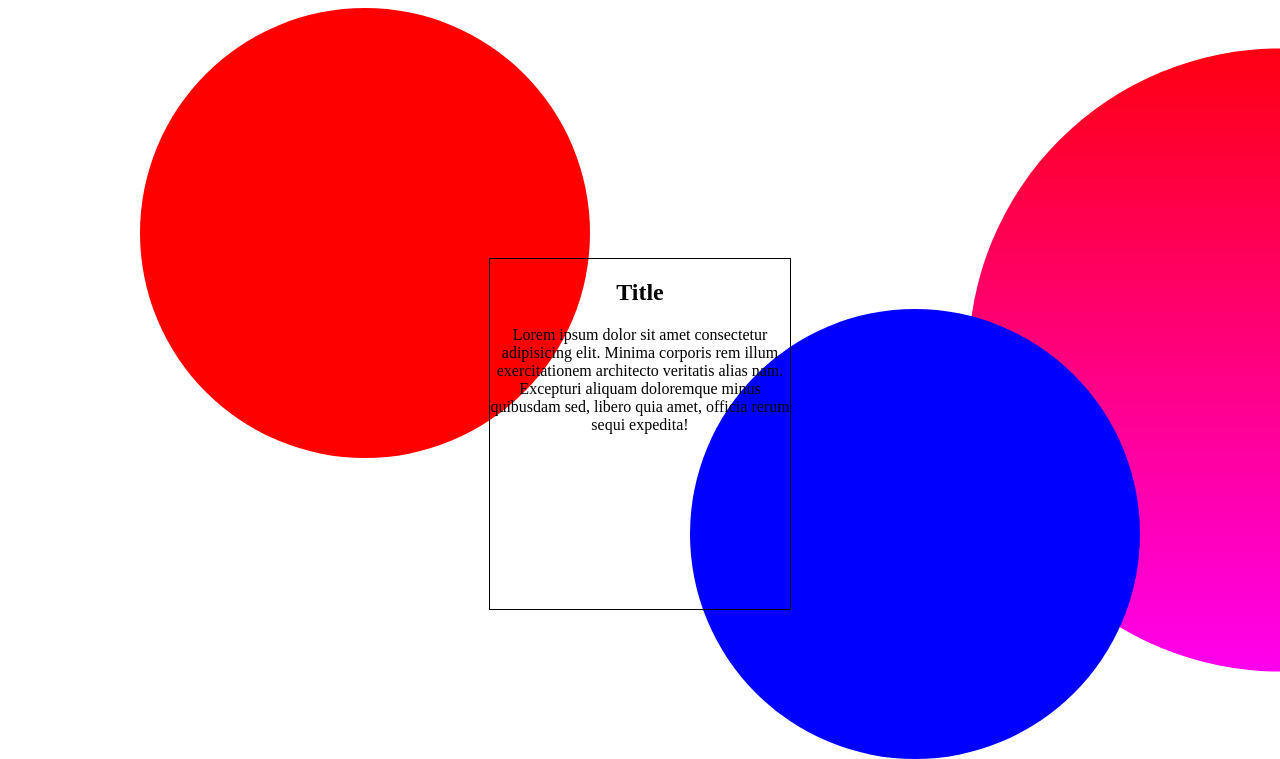
Repository: dovanluyen1996/Test-Git-PR
Page: index.html
An editor plug-in stored every save of this project. The page is shown before and after the next save, followed by the edit.
The browser window is 1280 px wide. The pictures show the whole page.

Above is the page before, as saved 2021-09-06 23:32:22.

### index.html
<!DOCTYPE html>
<html lang="en">
  <head>
    <meta charset="UTF-8" />
    <meta http-equiv="X-UA-Compatible" content="IE=edge" />
    <meta name="viewport" content="width=device-width, initial-scale=1.0" />
    <title>TestVsCode</title>
    <link rel="stylesheet" href="css/style.css" />
  </head>

  <body>
    <div class="container">
      <div class="test1"></div>
      <div class="test2"></div>

      <div class="center">
        <div class="item-center">
          <h2>Title</h2>
          <p class="text">
            Lorem ipsum dolor sit amet consectetur adipisicing elit. Minima
            corporis rem illum exercitationem architecto veritatis alias nam.
            Excepturi aliquam doloremque minus quibusdam sed, libero quia amet,
            officia rerum sequi expedita!
          </p>
        </div>
      </div>
    </div>
  </body>
</html>

### css/style.css
body {
}
body::before {
  content: "";
  position: absolute;
  top: 0;
  left: 0;
  width: 100%;
  height: 100%;
  background: linear-gradient(#f00, #f0f);
  clip-path: circle(30% at right);
}
.container {
  width: 1000px;
  margin: 0 auto;
  position: relative;
}
.test1 {
  width: 450px;
  height: 450px;
  background-color: red;
  border-radius: 50%;
}
.test2 {
  width: 450px;
  height: 450px;
  background-color: blue;
  border-radius: 50%;
  position: absolute;
  right: 0;
  top: 50%;
}
.item-center {
  width: 300px;
  height: 350px;
  border: 1px solid black;
  text-align: center;
  margin: 0 auto;
  position: relative;
  margin-top: -200px;
  box-shadow: ;
}

After the next save:
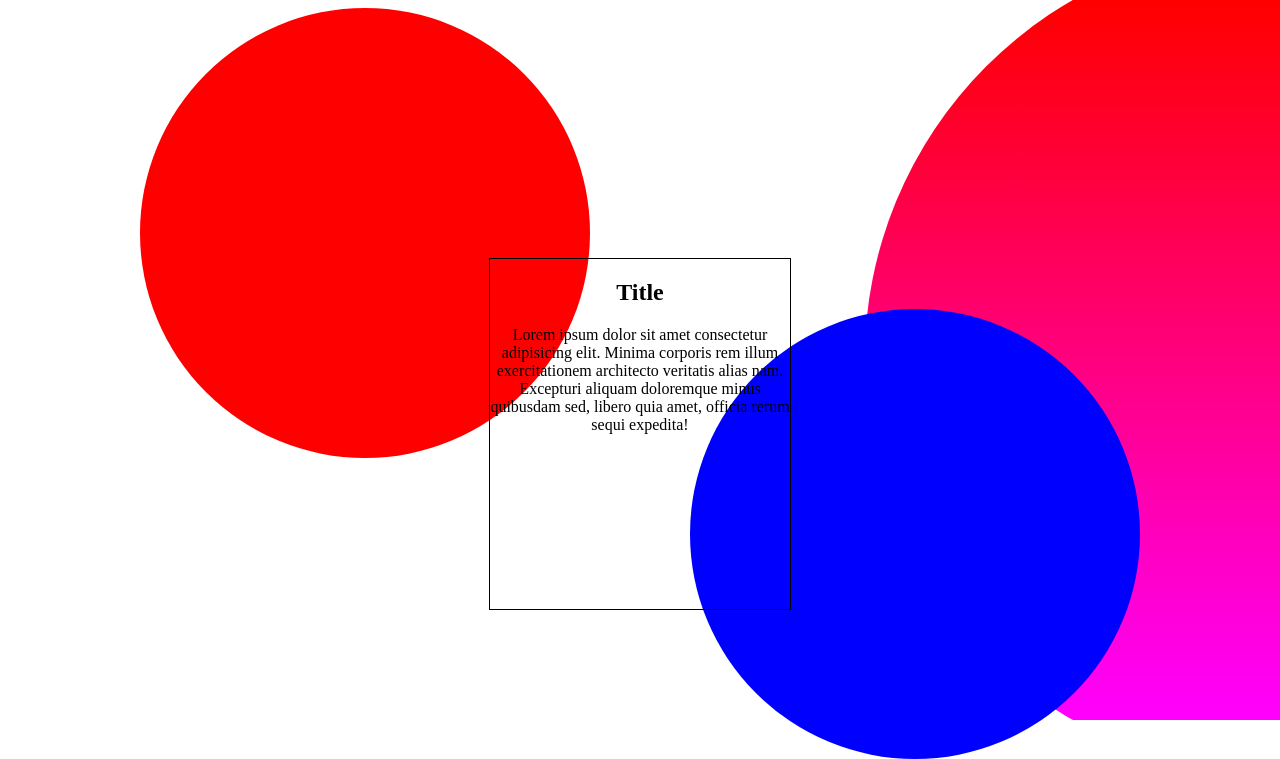
Saved 18 s later.
--- a/css/style.css
+++ b/css/style.css
@@ -8,7 +8,7 @@
   width: 100%;
   height: 100%;
   background: linear-gradient(#f00, #f0f);
-  clip-path: circle(30% at right);
+  clip-path: circle(40% at right);
 }
 .container {
   width: 1000px;

After the save that followed:
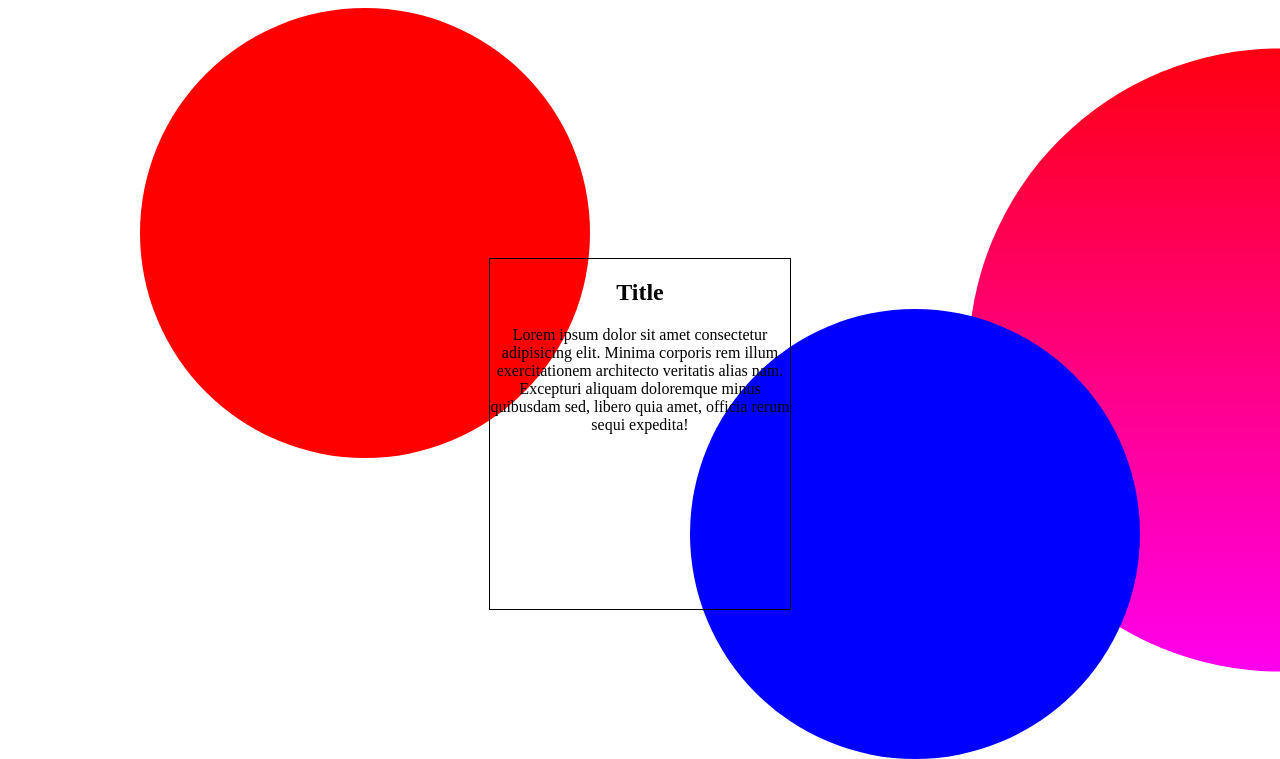
Saved 7 s later.
--- a/css/style.css
+++ b/css/style.css
@@ -8,7 +8,7 @@
   width: 100%;
   height: 100%;
   background: linear-gradient(#f00, #f0f);
-  clip-path: circle(40% at right);
+  clip-path: circle(30% at right);
 }
 .container {
   width: 1000px;
